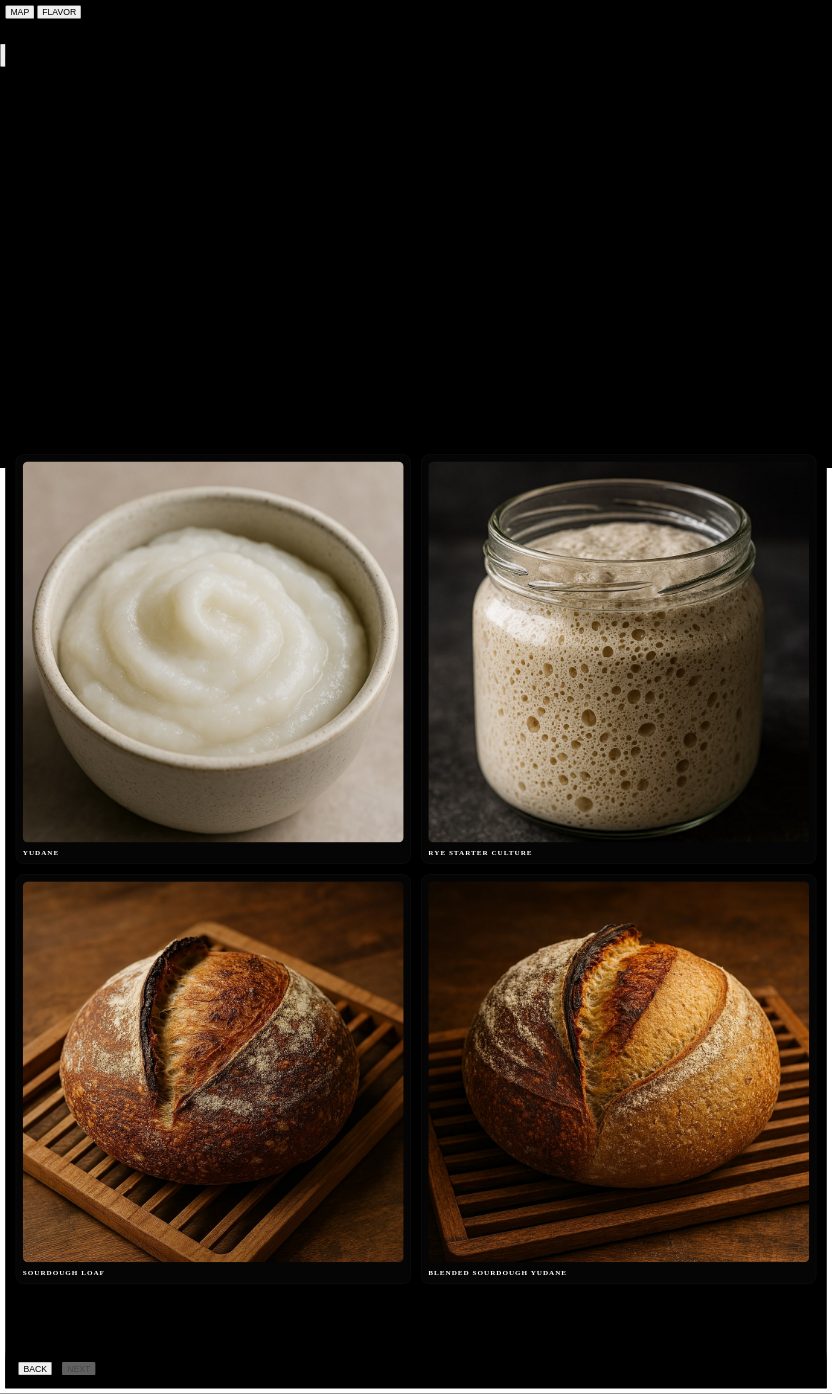
Repository: dkg11hu/baking-core
Page: index.html
These files come from the project's save history. The page is drawn as it stood at one moment and after the next save; the edit follows.
The browser window is 1280 px wide. The pictures show the whole page, at 65% of full size.

Above is the page before, as saved 2026-01-03 16:59:45.

### index.html
<!DOCTYPE html>
<html lang="en">
<head>
    <meta charset="UTF-8">
    <link rel="icon" href="data:[embedded picture, 216 characters]">
    <meta name="viewport" content="width=device-width, initial-scale=1.0, maximum-scale=1.0, user-scalable=no">
    <title>Baking Core | XS Driver</title>
    <link rel="stylesheet" href="style.css">
</head>
<body>
    <div class="iphone-xs">
        <div class="notch"></div>
        <div class="screen-content">

            <section id="gateway-view">
                <div class="gateway-hero">
                    <h1 class="brand-title">Baking Core</h1>
                    <div class="choice-container">
                        <button class="choice-card" onclick="window.viewHistory()">
                            <div class="icon">★</div>
                            <div class="choice-text">
                                <strong>HISTORY / FAVORITES</strong>
                                <span>Resume previous locked bakes</span>
                            </div>
                        </button>
                        <button class="choice-card highlight" onclick="window.openBrowser()">
                            <div class="icon">➔</div>
                            <div class="choice-text">
                                <strong>FULL CATALOG</strong>
                                <span>Browse international recipes</span>
                            </div>
                        </button>
                    </div>
                </div>
            </section>

            <section id="browser-view" class="hidden">
                <div class="sticky-header">
                    <div id="graphical-selector">
                        <div class="selector-tabs">
                            <button class="tab-btn active" data-view="map" onclick="window.switchSelector('map')">MAP</button>
                            <button class="tab-btn" data-view="flavor" onclick="window.switchSelector('flavor')">FLAVOR</button>
                        </div>
                        <div id="view-map"></div>
                        <div id="view-flavor" class="hidden"></div>
                    </div>
                    <div id="filter-chips" class="chip-container"></div>
                </div>

                <div id="tile-grid" class="tile-grid"></div>

                <div class="stepper-controls">
                    <button class="btn-nav" onclick="location.reload()">BACK</button>
                    <button class="btn-nav primary" id="next-to-params" disabled onclick="window.changeStep(1)">NEXT</button>
                </div>
            </section>

            <section id="workflow-view" class="hidden">
                <div id="discovery-root"></div>

                <div id="execution-root" class="hidden">
                    <div id="media-stage" class="media-container"></div>
                    <div class="content-stage">
                        <div id="step-metadata"></div>
                        <div id="step-description"></div>
                    </div>
                </div>

                <div class="stepper-controls">
                    <button class="btn-nav" onclick="window.changeStep(-1)">BACK</button>
                    <button class="btn-nav primary" onclick="window.changeStep(1)">NEXT</button>
                </div>
            </section>
        </div>
        <div class="home-indicator"></div>
    </div>
    <script type="module" src="app.js"></script>
</body>
</html>

### style.css
/* --- VIEW CONTAINERS --- */
#browser-view, #workflow-view {
    flex: 1;
    display: flex;
    flex-direction: column;
    height: 100%;
    width: 100%;
    background: #000;
    overflow-y: auto;
    -webkit-overflow-scrolling: touch;
    position: relative;
}

/* --- GRID ARCHITECTURE --- */
.tile-grid {
    display: grid;
    grid-template-columns: 1fr 1fr;
    gap: 16px;
    padding: 16px;
    min-height: 400px;
    box-sizing: border-box;
}

.tile-label {
    color: #FFFFFF;
    font-size: 11px;
    font-weight: 900;
    letter-spacing: 1.5px;
    text-transform: uppercase;
    margin-top: 10px;
    white-space: nowrap;
    overflow: hidden;
    text-overflow: ellipsis;
}

/* --- WORKFLOW TRACKS --- */
.discovery-wrapper, .production-wrapper {
    padding: 20px;
    color: #fff;
}

.meta-chip {
    display: inline-flex;
    flex-direction: column;
    margin-right: 20px;
    border-left: 1px solid #333;
    padding-left: 10px;
}

.meta-chip span { font-size: 8px; color: #666; text-transform: uppercase; }
.meta-chip strong { font-size: 14px; color: var(--primary, #f1c40f); }

.hidden { display: none !important; }

.tile {
    background: #050505;
    border-radius: 12px;
    padding: 10px;
    border: 1px solid #111;
    transition: all 0.2s ease;
    cursor: pointer;
}

/* The Gold Glow for the selected product */
.tile.active {
    border-color: #f1c40f;
    background: #111;
    box-shadow: 0 0 15px rgba(241, 196, 15, 0.2);
}

.tile-img-box {
    aspect-ratio: 1 / 1;
    background: #000;
    border-radius: 8px;
    overflow: hidden;
    display: flex;
    align-items: center;
    justify-content: center;
}

.tile-img-box img {
    width: 100%;
    height: 100%;
    object-fit: cover;
}

/* Each section is a full-screen app layer */
section {
    position: absolute;
    top: 0;
    left: 0;
    width: 100%;
    height: 100%;
    background: #000;
    display: flex;
    flex-direction: column;
}

/* Force hide with absolute priority */
.hidden {
    display: none !important;
}

/* Ensure Tile Grid only scrolls within its container */
#tile-grid {
    flex: 1;
    overflow-y: auto;
    padding-bottom: 100px; /* Room for navigation */
}

/* Stepper controls anchored to bottom of current view */
.stepper-controls {
    padding: 20px;
    background: linear-gradient(0deg, #000 70%, transparent);
    display: flex;
    gap: 15px;
    position: sticky;
    bottom: 0;
}

### app.js
import { State } from './src/UI/State.mjs';
import { Gallery } from './src/UI/Gallery.mjs';
import { MapSelection } from './src/UI/MapSelection.mjs';
import { FlavorWheel } from './src/UI/FlavorWheel.mjs';
import { WorkflowDiscovery } from './src/UI/WorkflowDiscovery.mjs';
import { WorkflowExecution } from './src/UI/WorkflowExecution.mjs';

// --- EXPOSE TO GLOBAL SCOPE ---
window.Gallery = Gallery;

// --- GLOBAL BRIDGES ---

window.lockAndStart = () => {
    const manifest = WorkflowDiscovery.getLockedManifest();
    document.getElementById('discovery-root').classList.add('hidden');
    document.getElementById('execution-root').classList.remove('hidden');
    WorkflowExecution.start(manifest, State.ssot, State.locale);
};

// Navigates from Gateway (Level 0) to Catalog (Level 1)
window.openBrowser = () => {
    document.getElementById('gateway-view').classList.add('hidden');
    document.getElementById('browser-view').classList.remove('hidden');
    // Ensure the Gallery renders into the now-visible container
    Gallery.render(State.ssot, State.locale);
};

window.changeStep = (delta) => {
    const isBrowser = !document.getElementById('browser-view').classList.contains('hidden');
    const discoveryRoot = document.getElementById('discovery-root');
    const executionRoot = document.getElementById('execution-root');

    if (isBrowser) {
        if (delta === 1 && Gallery.selectedId) {
            // TRANSITION TO WORKFLOW VIEW
            document.getElementById('browser-view').classList.add('hidden');
            document.getElementById('workflow-view').classList.remove('hidden');

            // Start Step -1 (Gateway)
            discoveryRoot.classList.remove('hidden');
            executionRoot.classList.add('hidden');
            WorkflowDiscovery.renderGateway(Gallery.selectedId, State.locale);
        }
    } else if (!executionRoot.classList.contains('hidden')) {
        // TRACK 2: Production Navigation
        WorkflowExecution.navigate(delta, State.locale);
    } else {
        // TRACK 1: Gateway and Params Navigation
        if (delta === 1) {
            if (WorkflowDiscovery.state === 'GATEWAY') {
                // Move from Choice to Params
                WorkflowDiscovery.init(Gallery.selectedId, State.ssot, State.locale);
            } else {
                // Move from Params to Production (LOCK)
                window.lockAndStart();
            }
        } else if (delta === -1) {
            // BACK from Gateway/Params returns to Browser
            location.reload();
        }
    }
};

window.switchSelector = (viewId) => {
    const map = document.getElementById('view-map');
    const flavor = document.getElementById('view-flavor');
    const tabs = document.querySelectorAll('.tab-btn');
    tabs.forEach(btn => btn.classList.toggle('active', btn.dataset.view === viewId));
    if (map) map.style.display = viewId === 'map' ? 'block' : 'none';
    if (flavor) flavor.style.display = viewId === 'flavor' ? 'block' : 'none';
};

window.filterByTerritory = (territory) => Gallery.filterByTerritory(territory, State.ssot, State.locale);

async function boot() {
    try {
        await State.init();

        // Sanitize Initial View
        document.getElementById('browser-view').classList.remove('hidden');
        document.getElementById('workflow-view').classList.add('hidden');

        Gallery.render(State.ssot, State.locale);

        const mapContainer = document.getElementById('view-map');
        if (mapContainer) mapContainer.innerHTML = MapSelection.render();

        const flavorContainer = document.getElementById('view-flavor');
        if (flavorContainer) {
            flavorContainer.innerHTML = FlavorWheel.render();
            requestAnimationFrame(() => FlavorWheel.plotProducts(State.ssot, State.locale));
        }

        console.log("iPhone Driver: Dual-Track System Online.");
    } catch (err) {
        console.error("Boot failed:", err);
    }
}

boot();

### src/UI/State.mjs
export const State = {
    ssot: null,
    locale: null,
    currentId: null,
    currentStepIdx: 0,

    async init() {
        const [sRes, lRes] = await Promise.all([
            fetch('./data/Store/Registry/definitions.json'),
            fetch('./data/Store/Locale/en.json')
        ]);
        this.ssot = await sRes.json();
        this.locale = await lRes.json();
        return { ssot: this.ssot, locale: this.locale };
    }
};

### src/UI/Gallery.mjs
export const Gallery = {
    selectedId: null,

    render(ssot, locale) {
        const grid = document.getElementById('tile-grid');
        if (!grid) return;
        this.filterByTerritory('ALL', ssot, locale);
    },

    filterByTerritory(territory, ssot, locale) {
        const products = Object.entries(ssot.registry).filter(([id, data]) => {
            const isBranch = data.type === 'BRANCH';
            const matchesMap = (territory === 'ALL' || data.classification?.territory === territory);
            return isBranch && matchesMap;
        });

        this.renderTiles(products, locale);
    },

    renderTiles(products, locale) {
        const grid = document.getElementById('tile-grid');
        if (!grid) return;

        const emptyState = `data:[embedded picture, 33 characters]<svg xmlns='http://www.w3.org/2000/svg' viewBox='0 0 100 100'><rect width='100' height='100' fill='%230a0a0a'/><path d='M30 70 L50 30 L70 70' stroke='%23222' stroke-width='2' fill='none'/></svg>`;

        grid.innerHTML = products.map(([id, data]) => {
            const name = locale[id] || id.replace('PROD_', '').replace(/_/g, ' ');
            const imgSrc = data.ui_features?.tile_photo || '';
            const isActive = this.selectedId === id ? 'active' : '';

            // Use window.Gallery to ensure the global bridge works
            return `
                <div class="tile ${isActive}" data-id="${id}" onclick="window.Gallery.selectProduct('${id}')">
                    <div class="tile-img-box">
                        <img src="${imgSrc}" onerror="this.onerror=null; this.src='${emptyState}';">
                    </div>
                    <div class="tile-label">
                        <strong>${name}</strong>
                    </div>
                </div>`;
        }).join('');
    },

    selectProduct(id) {
        this.selectedId = id;

        // Update UI state
        document.querySelectorAll('.tile').forEach(t => {
            t.classList.toggle('active', t.dataset.id === id);
        });

        // Enable NEXT button
        const nextBtn = document.querySelector('.btn-nav.primary');
        if (nextBtn) nextBtn.disabled = false;

        console.log(`Gallery: Selected ${id}`);
    }
};

### src/UI/MapSelection.mjs
export const MapSelection = {
    render() {
        return `
            <div class="map-wrapper">
                <svg viewBox="0 0 800 400" preserveAspectRatio="xMidYMid meet">
                    <rect width="800" height="400" fill="transparent" onclick="window.filterByTerritory('ALL')"></rect>

                    <path id="EU" class="map-region" d="M400 100 L450 100 L450 150 Z" onclick="window.filterByTerritory('EU')"></path>
                    <path id="AM" class="map-region" d="M100 100 L200 100 L200 300 Z" onclick="window.filterByTerritory('AM')"></path>
                </svg>
                <div class="map-hint">TAP REGION OR BACKGROUND FOR GLOBAL</div>
            </div>
        `;
    }
};

### src/UI/FlavorWheel.mjs
export const FlavorWheel = {
    render() {
        return `
            <div class="flavor-matrix-container">
                <div class="matrix-labels"><span>SALTY</span><span>SWEET</span></div>
                <div id="flavor-plot" class="flavor-plot">
                    <div class="axis-x"></div><div class="axis-y"></div>
                </div>
                <div class="matrix-legend">Hover to identify • Tap to start</div>
            </div>`;
    },

    async plotProducts(ssot, locale) {
        const plot = document.getElementById('flavor-plot');
        const products = Object.entries(ssot.registry).filter(([_, item]) => item.type === 'BRANCH');

        for (const [id, data] of products) {
            try {
                const res = await fetch(`./data/Store/Entities/${id.toLowerCase()}.json`);
                if (!res.ok) continue;
                const entity = await res.json();

                const coords = this.getCoords(entity.formula, ssot);
                const dot = document.createElement('div');
                dot.className = 'flavor-dot';
                dot.style.left = `${coords.x * 100}%`;
                dot.style.bottom = `${coords.y * 100}%`;

                dot.onmousemove = (e) => window.showHelper(e, locale[id] || id);
                dot.onmouseleave = window.hideHelper;
                dot.onclick = () => window.startWorkflow(id);
                plot.appendChild(dot);
            } catch (e) { console.warn("Plot error", e); }
        }
    },

    getCoords(formula, ssot) {
        let salt = 0, sugar = 0;
        formula.forEach(ing => {
            const mClass = ssot.registry[ing.id]?.material_class;
            if (mClass === 'SALTS') salt += ing.pct;
            if (mClass === 'SWEETENERS') sugar += ing.pct;
        });
        return { x: Math.min(sugar / 0.15, 1), y: Math.min(salt / 0.03, 1) };
    }
};

### src/UI/WorkflowDiscovery.mjs
export const WorkflowDiscovery = {
    activeId: null,
    state: 'GATEWAY', // 'GATEWAY' or 'PARAMS'

    renderGateway(id, locale) {
        this.activeId = id;
        this.state = 'GATEWAY';
        const root = document.getElementById('discovery-root');
        root.classList.remove('hidden');

        const name = locale[id] || id;

        root.innerHTML = `
            <div class="gateway-screen">
                <span class="breadcrumb">GLOBAL SELECTION</span>
                <h1 class="step-title">${name}</h1>

                <div class="choice-container">
                    <button class="choice-card" onclick="console.log('Load Favorites')">
                        <div class="icon">★</div>
                        <div>
                            <strong>FAVORITES / HISTORY</strong>
                            <span>Sorted by frequency & timestamp</span>
                        </div>
                    </button>

                    <button class="choice-card highlight" onclick="window.changeStep(1)">
                        <div class="icon">➔</div>
                        <div>
                            <strong>START NEW BAKE</strong>
                            <span>Workflow Track 1: Configure Params</span>
                        </div>
                    </button>
                </div>
            </div>`;
    },

    init(id, ssot, locale) {
        this.state = 'PARAMS';
        const root = document.getElementById('discovery-root');
        const entity = ssot.registry[id];
        const fields = entity.physics_categories || ['PHYS_MASS_TOTAL'];

        root.innerHTML = `
            <div class="discovery-wrapper">
                <header class="discovery-header">
                    <span class="breadcrumb">TRACK 1: PARAMETRIZATION</span>
                    <h2 class="params-title">${locale[id] || id}</h2>
                </header>
                <div class="params-grid">
                    ${fields.map(key => `
                        <div class="param-row">
                            <label>${locale[key] || key}</label>
                            <input type="number" data-physics="${key}" value="1000">
                        </div>
                    `).join('')}
                </div>
            </div>
        `;
    }
};

### src/UI/WorkflowExecution.mjs
export const WorkflowExecution = {
    steps: [],
    currentIndex: 0,
    manifest: null,

    start(manifest, ssot, locale) {
        this.manifest = manifest;
        this.currentIndex = 0;
        const root = document.getElementById('execution-root');
        root.classList.remove('hidden');

        const entity = ssot.registry[manifest.id];
        const refs = Array.isArray(entity.technology_ref) ? entity.technology_ref : [entity.technology_ref];

        this.steps = refs.flatMap(ref =>
            Object.entries(ssot.technologies[ref]?.steps || {}).map(([k, v]) => ({ id: k, ...v }))
        );

        this.render(locale);
    },

    render(locale) {
        const step = this.steps[this.currentIndex];

        // Video Stage
        document.getElementById('media-stage').innerHTML = `
            <video src="${step.video}" autoplay loop muted playsinline
                   onerror="this.style.display='none'; this.nextElementSibling.style.display='flex';">
            </video>
            <div class="media-fallback" style="display:none;">
                <span>ASSET PENDING: ${step.id}</span>
            </div>`;

        // Metadata Header (Locked Values)
        const metaHTML = Object.entries(this.manifest.values).map(([key, val]) => `
            <div class="meta-chip">
                <span>${locale[key] || key}</span>
                <strong>${val}</strong>
            </div>
        `).join('');

        document.getElementById('step-metadata').innerHTML = metaHTML;
        document.getElementById('step-description').innerHTML = `
            <h2 class="step-title">${locale[step.id] || step.id}</h2>
        `;
    },

    navigate(delta, locale) {
        this.currentIndex += delta;
        if (this.currentIndex < 0) location.reload();
        if (this.currentIndex >= this.steps.length) location.reload();
        this.render(locale);
    }
};

### data/Store/Locale/en.json
{
    "MAT_001": "Bread Flour BL-80",
    "MAT_002": "Water",
    "MAT_003": "Whole Milk",
    "MAT_004": "Fine Sea Salt",
    "MAT_005": "Instant Dry Yeast",
    "MAT_006": "Unsalted Butter",
    "PROD_001": "Yudane Scald",
    "PROD_002": "Hokkaido Milk Bread",
    "PROC_STARTER": "Rye Starter Culture",
    "PROC_LEVAIN": "Active Liquid Levain",
    "PROD_SOURDOUGH": "Artisan Double-Fermented Sourdough",
    "MAT_WHEAT": "Stone-ground Wheat Flour",
    "MAT_WATER": "Filtered Water"
}

### data/Store/Entities/prod_yudane.json
{
  "id": "PROD_YUDANE",
  "technology": "TECH_SCALD",
  "formula": [
    { "id": "MAT_WHEAT_T80", "pct": 1.0, "tech_step": "step_incorporate" },
    { "id": "MAT_WATER", "pct": 1.5, "tech_step": "step_boil" }
  ],
  "parameters": {
    "step_boil": { "target_temp": 100 },
    "step_gelatinize": { "target_temp": 4, "duration_min": 720, "tools": ["TOOL_CHILLER"] }
  }
}

### data/Store/Entities/proc_starter.json
{
  "id": "PROC_STARTER",
  "technology": "TECH_CULTURE_MAINTENANCE",
  "formula": [
    { "id": "MAT_WHEAT_T80", "pct": 1.0, "tech_step": "step_feed" },
    { "id": "MAT_WATER", "pct": 1.0, "tech_step": "step_feed" }
  ],
  "parameters": {
    "step_ferment": { "target_temp": 26, "duration_min": 480 }
  }
}

### data/Store/Entities/prod_sourdough_loaf.json
{
  "id": "PROD_SOURDOUGH_LOAF",
  "prerequisites": ["PROC_LEVAIN"],
  "technology": "TECH_LEAVENED_BASE",
  "formula": [
    { "id": "MAT_WHEAT_T80", "pct": 0.9, "tech_step": "step_autolyse" },
    { "id": "MAT_WATER", "pct": 0.65, "tech_step": "step_autolyse" },
    { "id": "PROC_LEVAIN", "pct": 0.2, "tech_step": "step_add_levain" },
    { "id": "MAT_SEA_SALT", "pct": 0.02, "tech_step": "step_add_salt" }
  ],
  "parameters": {
    "step_bulk_ferment": { "target_temp": 27, "duration_min": 240 },
    "step_bake": { "target_temp": 250, "duration_min": 45, "tools": ["TOOL_DECK_OVEN"] }
  }
}

### data/Store/Entities/prod_blended_sourdough_yudane.json
{
  "id": "PROD_BLENDED_SOURDOUGH_YUDANE",
  "formula": [
    { "id": "MAT_WHEAT_T80", "pct": 0.8 },
    { "id": "PROD_YUDANE", "pct": 0.2 },
    { "id": "PROC_STARTER", "pct": 0.15 },
    { "id": "MAT_WATER", "pct": 0.65 },
    { "id": "MAT_SEA_SALT", "pct": 0.02 }
  ],
  "parameters": {
    "step_boil": { "target_temp": 100, "duration_min": 5 },
    "step_bulk_ferment": { "target_temp": 26, "duration_min": 240 },
    "step_bake": { "target_temp": 245, "duration_min": 45, "tools": ["TOOL_OVEN", "TOOL_STEAM_TRAY"] }
  }
}

Loaded but not shown: data/Store/Registry/definitions.json (87 lines, source omitted)

After the next save:
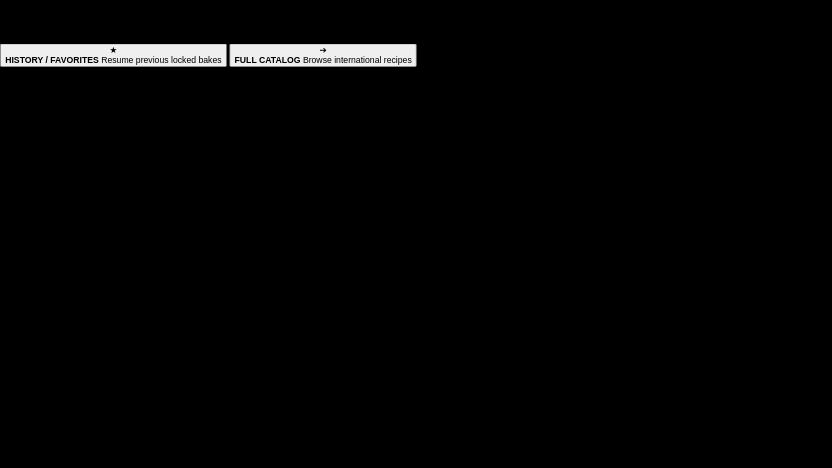
Saved 2 min 21 s later.
--- a/app.js
+++ b/app.js
@@ -76,12 +76,17 @@ async function boot() {
     try {
         await State.init();
 
-        // Sanitize Initial View
-        document.getElementById('browser-view').classList.remove('hidden');
+        // 1. FORCE INITIAL STATE (Level 0)
+        // Hide everything except the Gateway choice screen
+        document.getElementById('gateway-view').classList.remove('hidden');
+        document.getElementById('browser-view').classList.add('hidden');
         document.getElementById('workflow-view').classList.add('hidden');
 
+        // 2. PRE-RENDER BACKGROUND DATA
+        // We render the gallery now so it's ready, but it stays hidden
         Gallery.render(State.ssot, State.locale);
 
+        // 3. INJECT GRAPHICAL SELECTORS
         const mapContainer = document.getElementById('view-map');
         if (mapContainer) mapContainer.innerHTML = MapSelection.render();
 
@@ -91,10 +96,9 @@ async function boot() {
             requestAnimationFrame(() => FlavorWheel.plotProducts(State.ssot, State.locale));
         }
 
-        console.log("iPhone Driver: Dual-Track System Online.");
+        console.log("iPhone Driver: Parked at Gateway. Catalog Ready.");
     } catch (err) {
         console.error("Boot failed:", err);
     }
 }
-
 boot();
